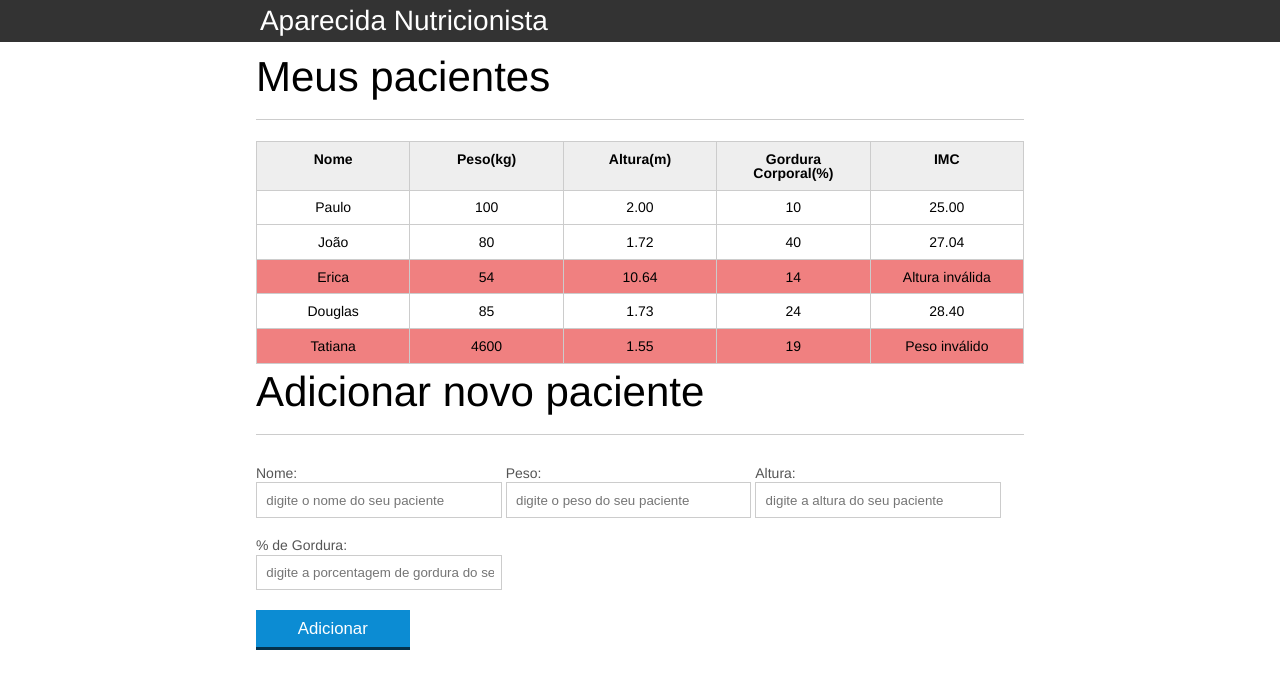
Repository: prof-fernando-alves/introducao-javascript
Page: index.html
The author's editor kept a copy of each file at every save. The page is drawn from the files as they stood at one save, then again after a run of saves.
The browser window is 1280 px wide. The pictures show the whole page.

Above is the page before, as saved 2021-09-14 14:55:08.

### index.html
<!DOCTYPE html>
<html lang="pt-br">
	<head>
		<meta charset="UTF-8">
		<title>Aparecida Nutrição</title>
		<link rel="icon" href="favicon.ico" type="image/x-icon">
		<link rel="stylesheet" type="text/css" href="css/reset.css">
		<link rel="stylesheet" type="text/css" href="css/index.css">

	</head>
	<body>

		<header>
			<div class="container">
				<h2 class="titulo">Aparecida Nutrição</h2>
			</div>
		</header>
		<main>
			<section class="container">
				<h2>Meus pacientes</h2>
				<table>
					<thead>
						<tr>
							<th>Nome</th>
							<th>Peso(kg)</th>
							<th>Altura(m)</th>
							<th>Gordura Corporal(%)</th>
							<th>IMC</th>
						</tr>
					</thead>
					<tbody id="tabela-pacientes">
						<tr class="paciente" id="primeiro-paciente">
							<td class="info-nome">Paulo</td>
							<td class="info-peso">100</td>
							<td class="info-altura">2.00</td>
							<td class="info-gordura">10</td>
							<td class="info-imc">0</td>
						</tr>

						<tr class="paciente" >
							<td class="info-nome">João</td>
							<td class="info-peso">80</td>
							<td class="info-altura">1.72</td>
							<td class="info-gordura">40</td>
							<td class="info-imc">0</td>
						</tr>

						<tr class="paciente" >
							<td class="info-nome">Erica</td>
							<td class="info-peso">54</td>
							<td class="info-altura">10.64</td>
							<td class="info-gordura">14</td>
							<td class="info-imc">0</td>
						</tr>

						<tr class="paciente">
							<td class="info-nome">Douglas</td>
							<td class="info-peso">85</td>
							<td class="info-altura">1.73</td>
							<td class="info-gordura">24</td>
							<td class="info-imc">0</td>
						</tr>
						<tr class="paciente" >
							<td class="info-nome">Tatiana</td>
							<td class="info-peso">4600</td>
							<td class="info-altura">1.55</td>
							<td class="info-gordura">19</td>
							<td class="info-imc">0</td>
						</tr>
					</tbody>
				</table>

			</section>
		</main>
		<!-- ... -->
		<section class="container">
			<h2 id="titulo-form">Adicionar novo paciente</h2>
			<form>
				<div class="grupo">
					<label for="nome">Nome:</label>
					<input id="nome" name="nome" type="text" placeholder="digite o nome do seu paciente" class="campo">
				</div>
				<div class="grupo">
					<label for="peso">Peso:</label>
					<input id="peso" name="peso" type="text" placeholder="digite o peso do seu paciente" class="campo campo-medio">
				</div>
				<div class="grupo">
					<label for="altura">Altura:</label>
					<input id="altura" name="altura" type="text" placeholder="digite a altura do seu paciente" class="campo campo-medio">
				</div>
				<div class="grupo">
					<label for="gordura">% de Gordura:</label>
					<input id="gordura" type="text" placeholder="digite a porcentagem de gordura do seu paciente" class="campo campo-medio">
				</div>

				<button id="adicionar-paciente" class="botao bto-principal">Adicionar</button>
			</form>
		</section>

		<script src="js/principal.js" ></script>

	</body>
</html>

### css/index.css
*{
	box-sizing: border-box;
 }

body{
	font-family: "Helvetica Neue", "Helvetica", Helvetica, Arial, sans-serif;
	font-size: 14px;
}

header{
	background-color: #333;
	height: 3em;
	color: #FFF;
	margin-bottom: 1em;
}

header h1{
	font-size: 2em;
	display:inline-block;
	vertical-align:	middle;
}
header h2{
	font-size: 2em;
	display:inline-block;
	vertical-align:	middle;
}

header .container:before{
	content: '';
	display:inline-block;
	height: 100%;
	vertical-align:	middle;
}

.container{
	width: 60%;
	height: 100%;
	margin: 0 auto;
}

section{
	margin: 2em 0;
	overflow: hidden;
}

section h2{
	font-size: 3em;
	display: block;
	padding-bottom: .5em;
	border-bottom: 1px solid #ccc;
	margin-bottom: .5em;
}

table{
	width: 100%;
	margin-bottom : .5em;
    table-layout: fixed;

}

td, th {
	padding: .7em;
	margin: 0;
	border: 1px solid #ccc;
	text-align: center;
}

th{
	font-weight: bold;
	background-color: #EEE;
}

label{
	color: #555;
	display: block;
	margin-bottom: .2em;
}

.campo{
	margin: 0;
	padding-bottom: 1em;
	width: 100%;
	border: 1px solid #ccc;
	padding: .7em;
	width: 100%;
}

.campo-medio{
	display: inline-block;
	padding-right: .5em;
}

.grupo{
	width: 32%;
	display: inline-block;
	padding: 10px 0px;
}

button{
	padding: .5em 2em;
	border: 0;
	border-bottom: 3px solid;
	font-size: 1.2em;
	cursor: pointer;
	margin: 0;
	margin-top: -3px;
	color: #fff;
	background-color:#0c8cd3;
	border-color: #04324c;
	width: 20%;
    display: block;
    clear: both;
    margin: 10px 0px;

}

button:active{
	margin-top:0px;
	border: 0;
}

button[disabled=disabled], button:disabled {
    background-color: gray;
	border-color: darkgray;

}

.adicionar-paciente{
    margin-top: 30px;
}

.campo-invalido{
	border: 1px solid red;
}

.paciente-invalido{
	background-color : lightcoral;
}

### js/principal.js
var titulo = document.querySelector(".titulo");
titulo.textContent = "Aparecida Nutricionista";

titulo.addEventListener("click")

var pacientes = document.querySelectorAll(".paciente");

for (var i=0; i < pacientes.length; i++){
        var paciente = pacientes[i]

        var tdPeso = paciente.querySelector(".info-peso");
        var peso = tdPeso.textContent;

        var tdAltura = paciente.querySelector(".info-altura");
        var altura = tdAltura.textContent;

        var tdImc = paciente.querySelector(".info-imc");

        var pesoEhValido = true;
        var alturaEhValida = true;

        if (peso <= 0 || peso >= 1000) {
            console.log("Peso inválido!");
            pesoEhValido = false;
            tdImc.textContent = "Peso inválido";
            paciente.classList.add("paciente-invalido")
        }

        if (altura <= 0 || altura >= 3.00) {
            console.log("Altura inválida!");
            alturaEhValida = false;
            tdImc.textContent = "Altura inválida";
            paciente.classList.add("paciente-invalido")

        }

        if (pesoEhValido && alturaEhValida) {
            var imc = peso / (altura * altura);
            tdImc.textContent = imc.toFixed(2);
        }
}

Loaded but not shown: css/reset.css (common file)

After the next 4 saves:
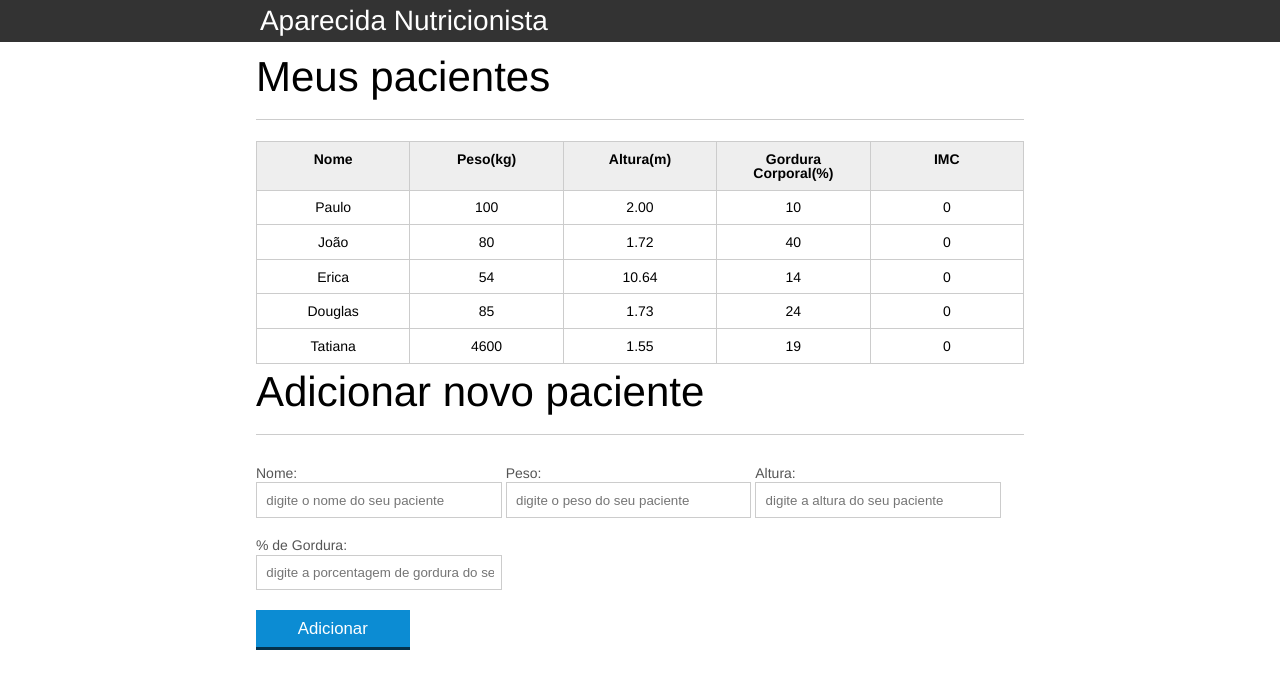
Console error: ReferenceError: mostrarmensagem is not defined
The 4 saves are shown as one change because they came seconds apart.
The last was saved 13 s later.
--- a/js/principal.js
+++ b/js/principal.js
@@ -1,7 +1,8 @@
 var titulo = document.querySelector(".titulo");
 titulo.textContent = "Aparecida Nutricionista";
 
-titulo.addEventListener("click")
+titulo.addEventListener("click", mostrarmensagem);
+
 
 var pacientes = document.querySelectorAll(".paciente");
 

After the 5 saves that followed:
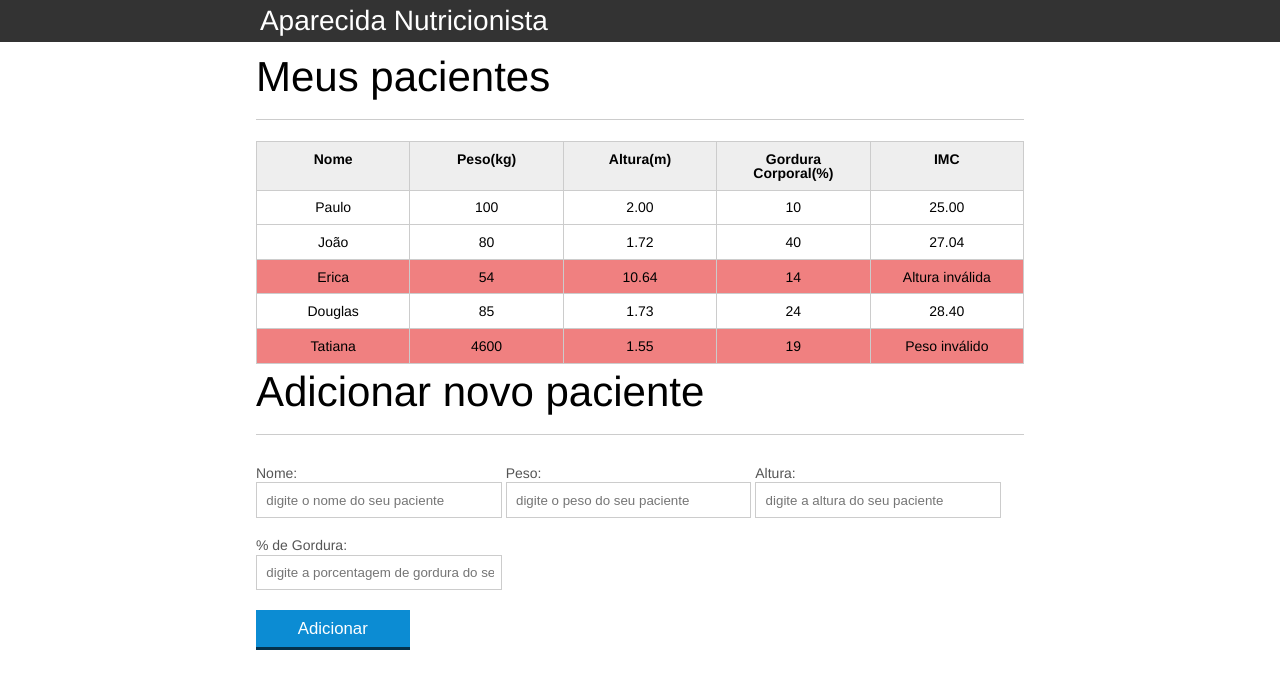
The error is gone.
The 5 saves are shown as one change because they came seconds apart.
The last was saved 14 s later.
--- a/js/principal.js
+++ b/js/principal.js
@@ -3,6 +3,9 @@
 
 titulo.addEventListener("click", mostrarmensagem);
 
+function mostrarmensagem(){
+
+}
 
 var pacientes = document.querySelectorAll(".paciente");
 
